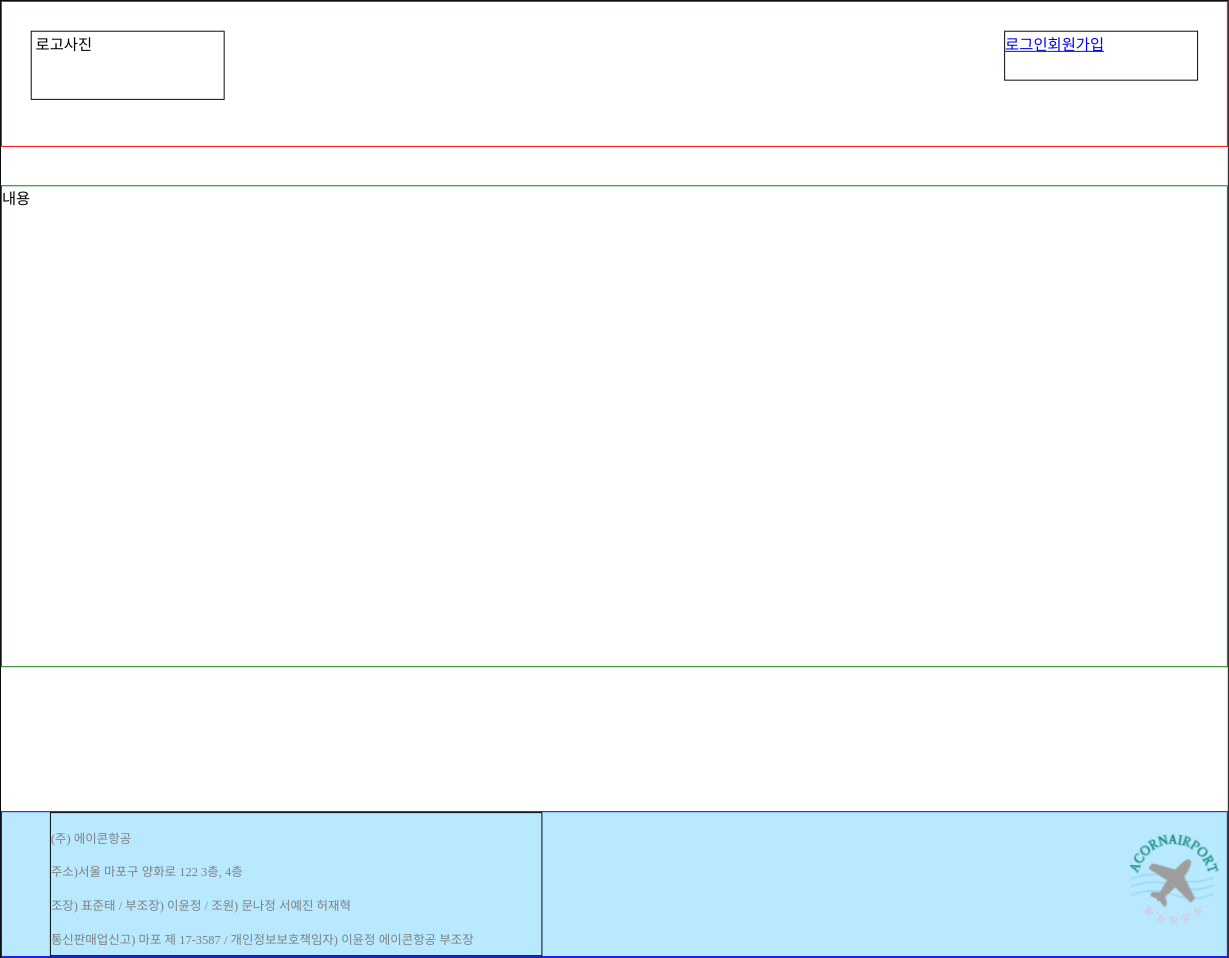
Repository: juntae710/Acorn_AirlineReservation_Project
Page: http://localhost/prj3_1/WEB-INF/views/h_index.jsp
An editor plug-in stored every save of this project. The page is shown before and after the next save, followed by the edit.
The browser window is 1280 px wide. The pictures show the whole page, at 96% of full size.
The page is served by Tomcat 9. Nobody is signed in. Other server files are loaded and not shown. The template is opened directly, without the code that normally fills it, so the values that code supplies are empty.

Above is the page before, as saved 2023-09-20 02:19:01.

### Eclipse/prj3_1/src/main/webapp/WEB-INF/views/h_index.jsp
<%@ page language="java" contentType="text/html; charset=UTF-8"
	pageEncoding="UTF-8"%>
<!DOCTYPE html>
<html>
<head>
<meta charset="UTF-8">
<title>Insert title here</title>
<style>
* {
	margin: 0;
}

main {
	border: 1px solid black;
}

header {
	border: 1px solid red;
	height: 150px;
	display: flex;
	position: relative;

}

.headerimg {
	width: 200px;
	height: 70px;
	border: 1px solid black;
	position: absolute;
	left: 30px;
	top: 30px;
}

.headerAtag {
	display: flex;
	width: 200px;
	height: 50px;
	border: 1px solid black;
	position: absolute;
	right: 30px;
	top: 30px;
	text-align: center;
}

section {
	border: 1px solid green;
	height: 500px;
	margin-top: 40px;
}

footer {
	border: 1px solid blue;
	height: 150px;
	margin-top: 150px;
	margin-bottom: 0px;
	display: flex;
	background-color: #B8E9FF
}

.footer_info {
	border: 1px solid black;
	margin-left: 50px;
	width: 1000px;
	font-size: 13px;
	color: gray;
}

.footer_img {
	width: 200px;
	height: 100px;
	margin-left: 600px;
	margin-top: 13px;
}
</style>
</head>
<body>
	<main>
		<header>
			<div class="headerimg">
				<img src="" alt=""> 로고사진
			</div>

			<%
			String id = (String) session.getAttribute("id");
			%>

			<div class="headerAtag">
				<%
				if (id == null) {
				%>
				<a href="<%=request.getContextPath()%>/h_login">로그인</a>
				<%

				%>
				<a href="<%=request.getContextPath()%>/l_join">회원가입</a>
				<%
				} else {
				%>
				<p>
					아이디:
					<%=id%>님
				</p>
				<a href="<%=request.getContextPath()%>/h_logOut">로그아웃</a> <a
					href="<%=request.getContextPath()%>/UUA.do">마이페이지</a>

				<%
				}
				%>
			</div>

		</header>

		<section>내용</section>



		<footer>
			<div class="footer_info">
				<br>(주) 에이콘항공 <br>
				<br> 주소)서울 마포구 양화로 122 3층, 4층 <br>
				<br> 조장) 표준태 / 부조장) 이윤정 / 조원) 문나정 서예진 허재혁 <br>
				<br> 통신판매업신고) 마포 제 17-3587 / 개인정보보호책임자) 이윤정 에이콘항공 부조장
			</div>
			<div class="footer_img">
				<img alt="이미지" src="<%=request.getContextPath()%>/img/acornairport.png">
			</div>
		</footer>
	</main>
</body>
</html>

After the next save:
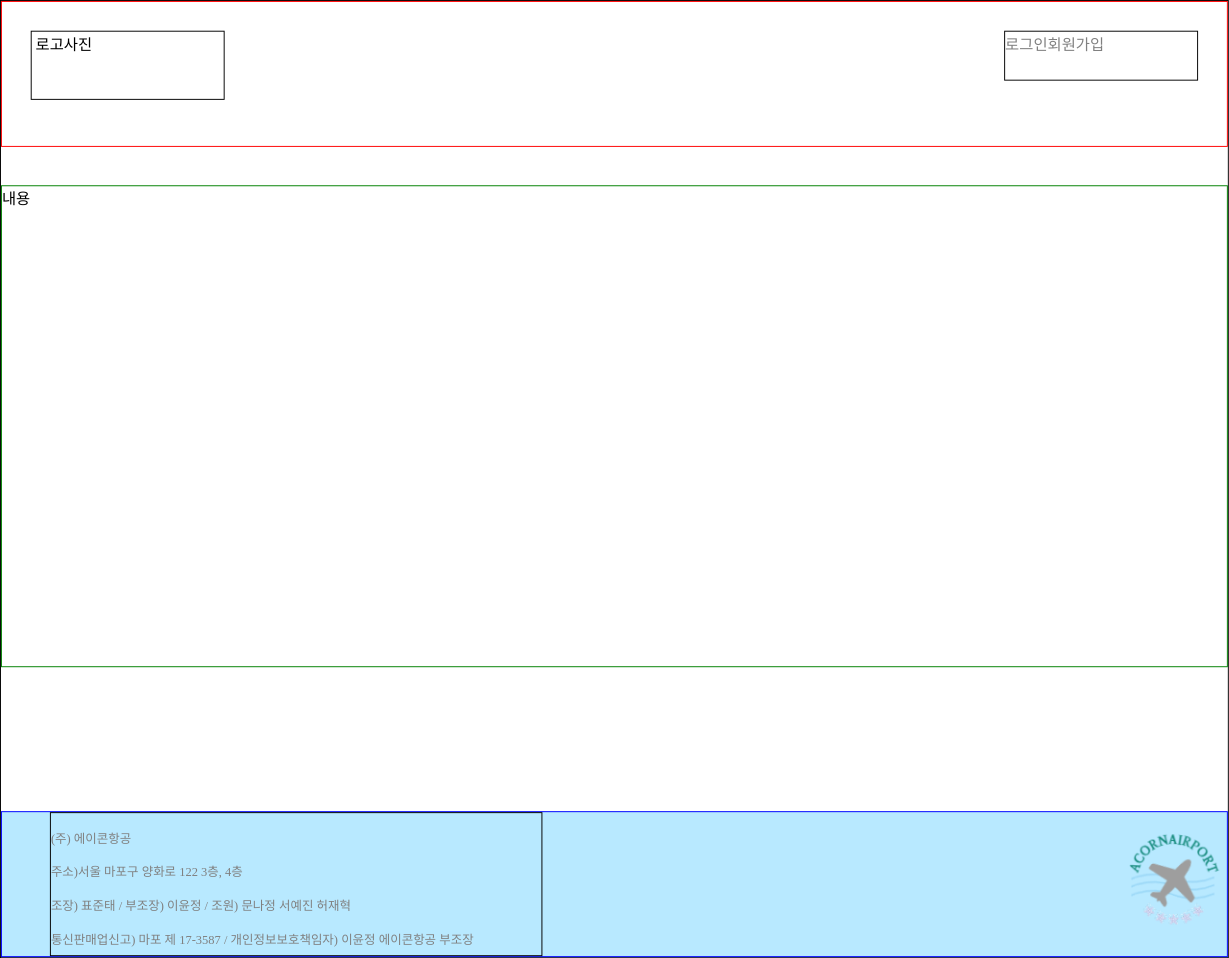
Saved 11 s later.
--- a/Eclipse/prj3_1/src/main/webapp/WEB-INF/views/h_index.jsp
+++ b/Eclipse/prj3_1/src/main/webapp/WEB-INF/views/h_index.jsp
@@ -56,6 +56,19 @@
 	display: flex;
 	background-color: #B8E9FF
 }
+a{
+	color: gray;
+	text-decoration: none;
+	}
+
+
+.a_box{
+		margin-top: 20px;
+		border-radius: 40px;
+		background-color: #B8E6E1;
+		width: 100px;
+		height: 30px;
+		}
 
 .footer_info {
 	border: 1px solid black;
